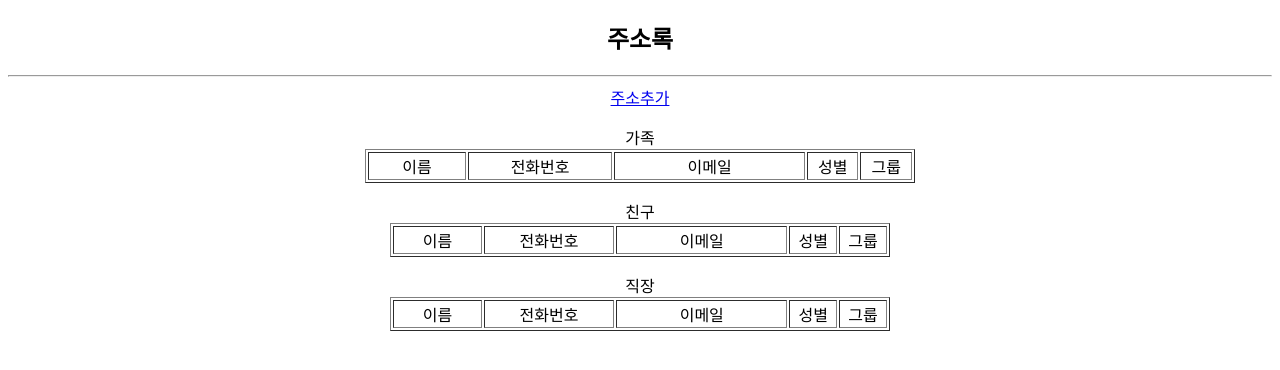
Repository: LeeHyeSu/JSP
Page: http://localhost/PracticeA-02/jsp/addr_list_group.jsp
These files come from the project's save history. The page is drawn as it stood at one moment and after the next save; the edit follows.
The browser window is 1280 px wide. The pictures show the whole page.
The page is served by Tomcat 9.

Above is the page before, as saved 2017-11-26 07:56:52.

After the next save:
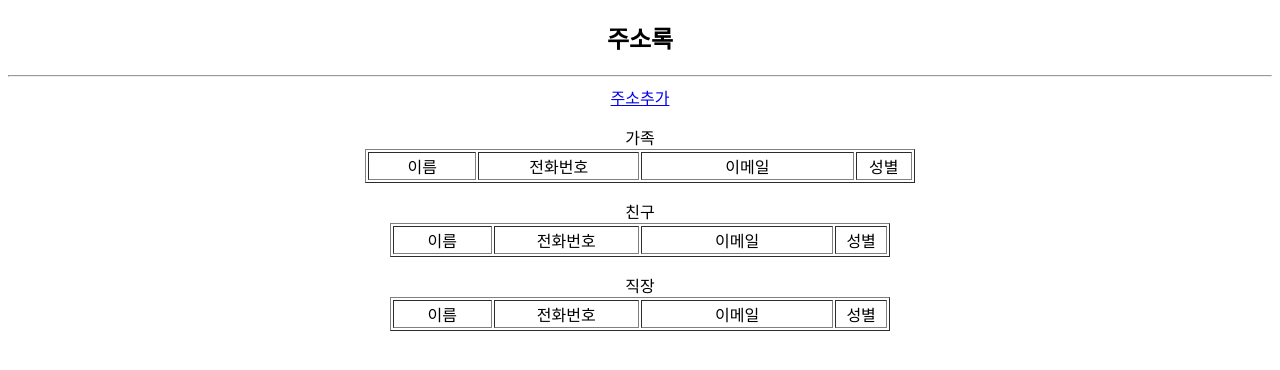
Saved 13 s later.
--- a/PracticeA-02/WebContent/jsp/addr_list_group.jsp
+++ b/PracticeA-02/WebContent/jsp/addr_list_group.jsp
@@ -10,7 +10,6 @@
 		str += "<td width=150>전화번호</td>";
 		str += "<td width=200>이메일</td>";
 		str += "<td width=50>성별</td>";
-		str += "<td width=50>그룹</td>";
 		str += "</tr>";
 
 		return str;
